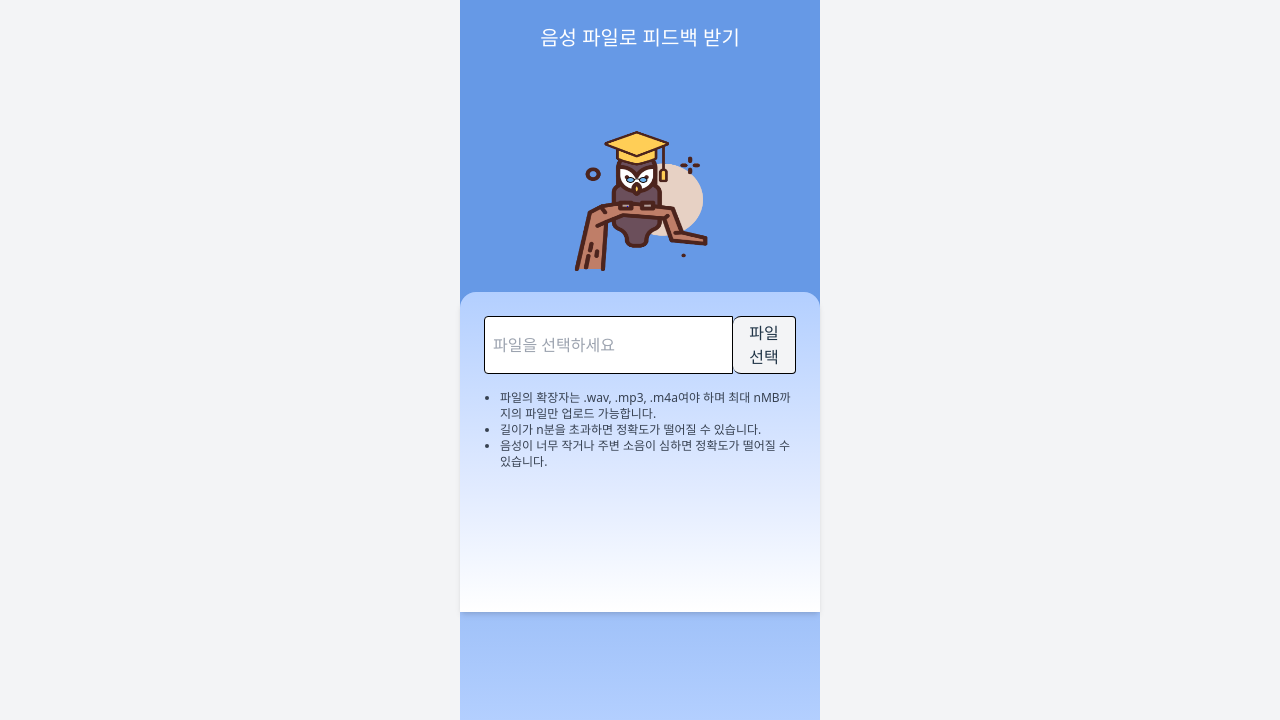
Repository: yurim1205/mini_front
Page: /record (app in frontend/)
These files come from the project's save history. The page is drawn as it stood at one moment and after the next save; the edit follows.
The browser window is 1280 px wide. The pictures show the whole page.
The project was rebuilt for these pictures with package versions that can differ from the ones it lists, and the page was loaded fresh each time. Also part of the build but not shown: frontend/vite.config.js, frontend/src/components/common/Button.jsx, frontend/src/components/buttons/fileFeedbackBtn.jsx, frontend/src/components/buttons/rec_FeedbackBtn.jsx, frontend/src/pages/home.jsx, frontend/src/pages/fileFeedback.jsx.

Above is the page before, as saved 2025-05-14 09:21:30.

### frontend/src/App.jsx
import { BrowserRouter, Routes, Route } from 'react-router-dom';
import Home from './pages/home';
import FileFeedback from './pages/fileFeedback';
import RecordFeedback from './pages/recordFeedback';

function App() {
  return (
    <BrowserRouter>
      <Routes>
        <Route path="/" element={<Home />} />
        <Route path="/file" element={<FileFeedback />} />
        <Route path="/record" element={<RecordFeedback />} />
      </Routes>
    </BrowserRouter>
  );
}

export default App;

### frontend/src/pages/recordFeedback.jsx
import React from "react";
import { useNavigate } from "react-router-dom";
import owlImg from "../assets/img/owl.png"; // 부엉이 이미지 경로에 맞게 수정

function FileUploadPage() {
  const navigate = useNavigate();

  return (
    <div className="w-screen h-screen flex justify-center items-center bg-gray-100">
      <div
        className="relative h-screen flex flex-col items-center max-w-[360px] w-full"
        style={{
          background: "linear-gradient(to bottom, #6699E6 0%, #6699E6 40%, #b3cfff 100%)"
        }}
      >
        <div className="flex items-center w-full px-4 pt-6">
          {/* <button onClick={() => navigate(-1)} className="text-2xl mr-2">{'←'}</button> */}
          <span className="text-xl font-semibold mx-auto text-white">음성 파일로 피드백 받기</span>
        </div>

        <img
          src={owlImg}
          alt="owl"
          className="w-[172px] h-[168px] mx-auto mt-16"
        />

        <div
          className="rounded-t-2xl rounded-b-none shadow-md w-full px-6 py-6 mt-2 flex flex-col items-center min-h-[320px]"
          style={{
            background: "linear-gradient(to bottom, #b3cfff 0%, #e0eaff 60%, #fff 100%)"
          }}
        >
          {/* 파일 업로드 부분 */}
          <div className="flex w-full mb-4">
            <input
              type="text"
              className="border border-black rounded-l px-2 py-1 flex-1"
              placeholder="파일을 선택하세요"
              readOnly
            />
            <button className="border border-black border-l-0 rounded-r px-4 py-1 bg-gray-100">
              파일 선택
            </button>
          </div>
          <ul className="text-xs text-gray-700 w-full list-disc pl-4">
            <li>파일의 확장자는 .wav, .mp3, .m4a여야 하며 최대 nMB까지의 파일만 업로드 가능합니다.</li>
            <li>길이가 n분을 초과하면 정확도가 떨어질 수 있습니다.</li>
            <li>음성이 너무 작거나 주변 소음이 심하면 정확도가 떨어질 수 있습니다.</li>
          </ul>
        </div>
      </div>
    </div>
  );
}

export default FileUploadPage;

### frontend/tailwind.config.js
/** @type {import('tailwindcss').Config} */
export default {
    content: [
      "./index.html",
      "./src/**/*.{js,ts,jsx,tsx}",
    ],
    theme: {
      extend: {
        colors:{
          'main-top': '#6699E6',
          'main-bottom': '#0A27E5',
        }
      },
    },
    plugins: [],
  }

Loaded but not shown: frontend/index.html (common file); frontend/src/main.jsx (common file); frontend/src/index.css (common file)

After the next save:
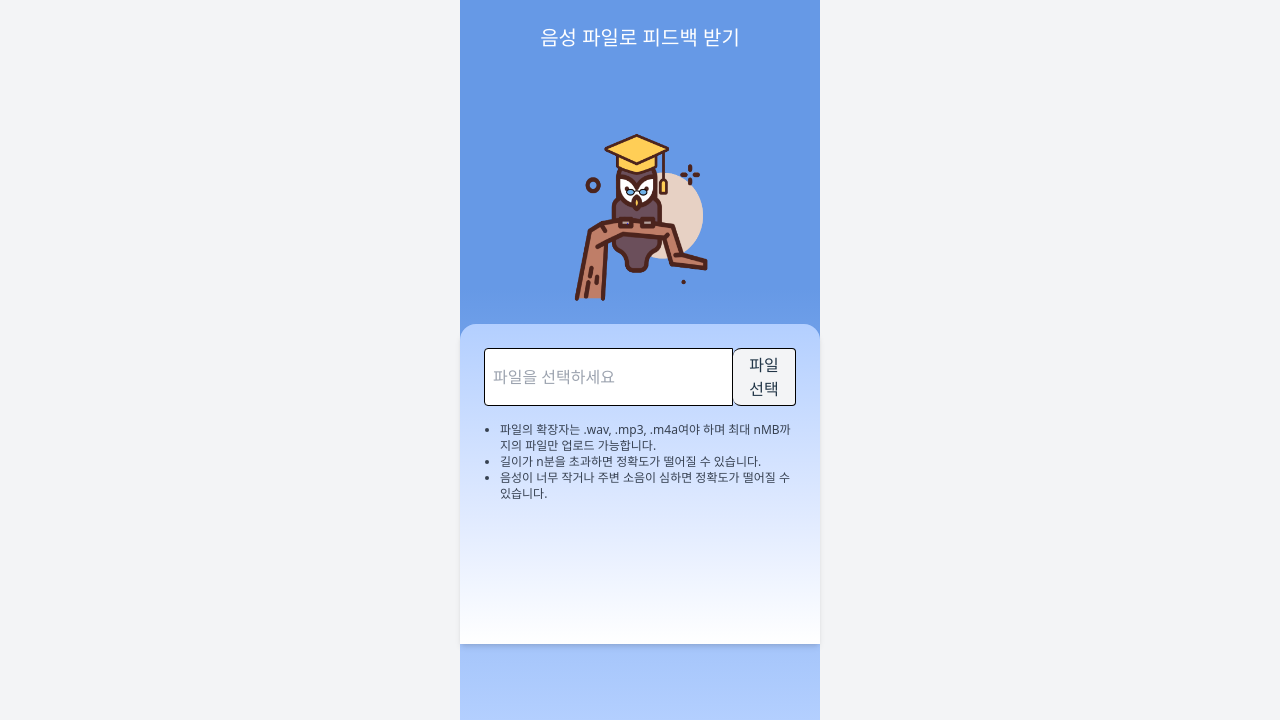
Saved 7 s later.
--- a/frontend/src/pages/recordFeedback.jsx
+++ b/frontend/src/pages/recordFeedback.jsx
@@ -21,7 +21,7 @@
         <img
           src={owlImg}
           alt="owl"
-          className="w-[172px] h-[168px] mx-auto mt-16"
+          className="w-[172px] h-[200px] mx-auto mt-16"
         />
 
         <div
